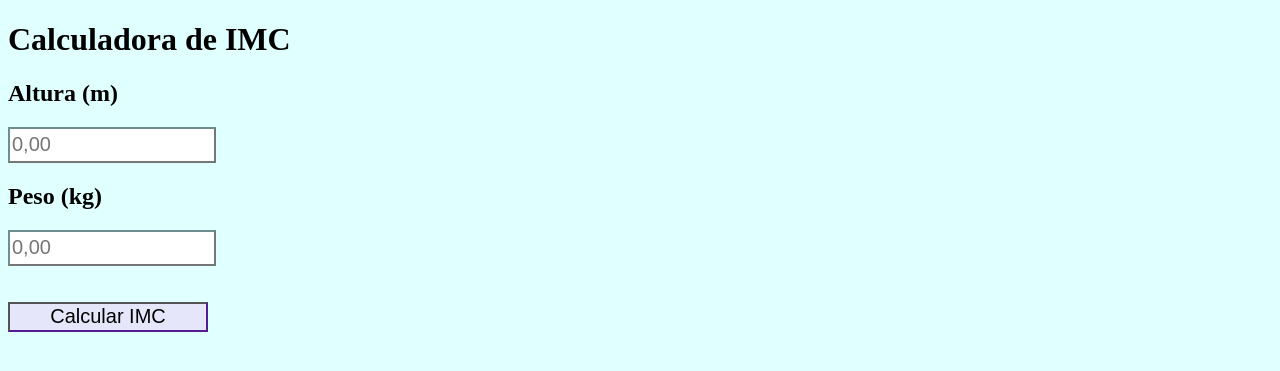
Repository: DeboraGuerra/programacaoWeb
Page: projetos-java/Desafio03/WebContent/index.htm
These files come from the project's save history. The page is drawn as it stood at one moment and after the next save; the edit follows.
The browser window is 1280 px wide. The pictures show the whole page.

Above is the page before, as saved 2020-03-24 00:02:23.

After the next save:
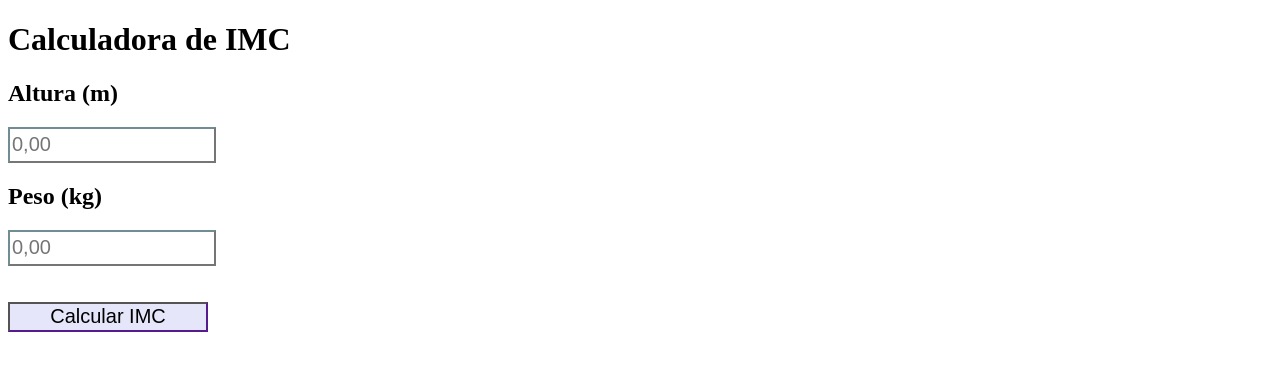
Saved 24 s later.
--- a/projetos-java/Desafio03/WebContent/index.htm
+++ b/projetos-java/Desafio03/WebContent/index.htm
@@ -8,7 +8,7 @@
 		<link rel="stylesheet" href="style.css">
 	</head>
 
-	<body style="background-color:#e0ffff">
+	<body class="bkgPadrao">
 		<form method="get" action="imc" name="formIMC">
 
 			<h1>Calculadora de IMC</h1>
